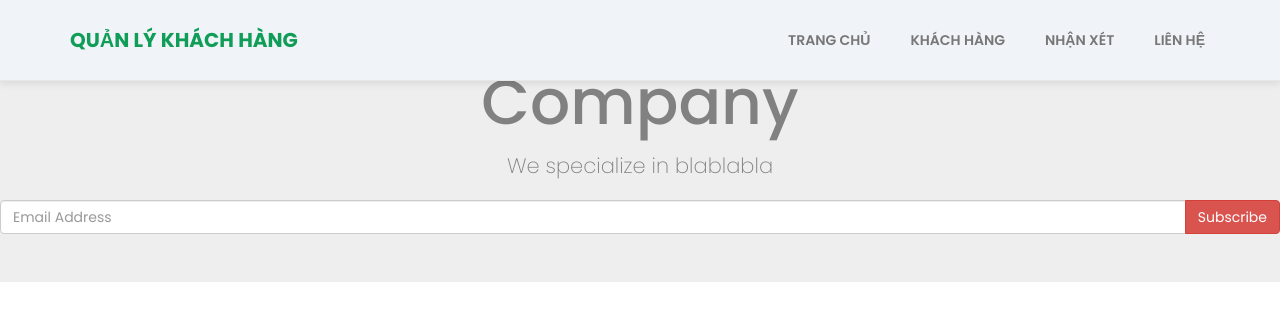
Repository: huutien1904/bt2-ltw
Page: index.html
An editor plug-in stored every save of this project. The page is shown before and after the next save, followed by the edit.
The browser window is 1280 px wide. The pictures show the whole page.

Above is the page before, as saved 2021-11-03 21:42:19.

After the next save:
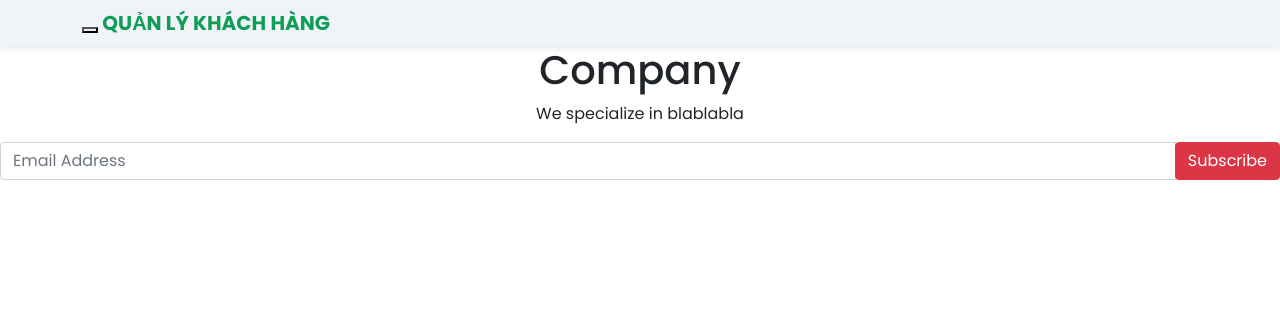
Saved 2 min 57 s later.
--- a/index.html
+++ b/index.html
@@ -5,18 +5,19 @@
     <meta http-equiv="X-UA-Compatible" content="IE=edge">
     <meta name="viewport" content="width=device-width, initial-scale=1.0">
     <title>Quản Lý Khách Hàng</title>
-    <link rel="stylesheet" href="https://maxcdn.bootstrapcdn.com/bootstrap/3.4.1/css/bootstrap.min.css">
-    <link href="https://fonts.googleapis.com/css?family=Montserrat" rel="stylesheet" type="text/css">
-    <link href="https://fonts.googleapis.com/css?family=Lato" rel="stylesheet" type="text/css">
+
     <!-- style -->
     <link rel="stylesheet" href="./style.css">
     <!-- font Poppins -->
     <link rel="preconnect" href="https://fonts.googleapis.com">
     <link rel="preconnect" href="https://fonts.gstatic.com" crossorigin>
     <link href="https://fonts.googleapis.com/css2?family=Poppins:wght@100;200;300;400;500;600;700;800;900&display=swap" rel="stylesheet">
-    <!-- javacript boostrap -->
-    <script src="https://ajax.googleapis.com/ajax/libs/jquery/3.5.1/jquery.min.js"></script>
-    <script src="https://maxcdn.bootstrapcdn.com/bootstrap/3.4.1/js/bootstrap.min.js"></script>
+
+    <!-- Latest compiled and minified CSS -->
+    <link href="https://cdn.jsdelivr.net/npm/bootstrap@5.1.2/dist/css/bootstrap.min.css" rel="stylesheet">
+
+    <!-- Latest compiled JavaScript -->
+    <script src="https://cdn.jsdelivr.net/npm/bootstrap@5.1.2/dist/js/bootstrap.bundle.min.js"></script>
 </head>
 <body>
   <!-- navbar -->

After the save that followed:
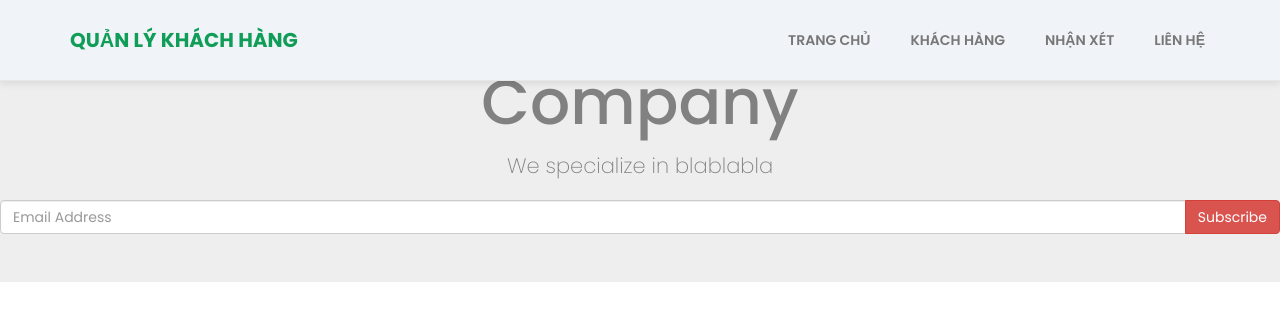
Saved 5 min 34 s later.
--- a/index.html
+++ b/index.html
@@ -5,19 +5,18 @@
     <meta http-equiv="X-UA-Compatible" content="IE=edge">
     <meta name="viewport" content="width=device-width, initial-scale=1.0">
     <title>Quản Lý Khách Hàng</title>
-
+    <link rel="stylesheet" href="https://maxcdn.bootstrapcdn.com/bootstrap/3.4.1/css/bootstrap.min.css">
+    <link href="https://fonts.googleapis.com/css?family=Montserrat" rel="stylesheet" type="text/css">
+    <link href="https://fonts.googleapis.com/css?family=Lato" rel="stylesheet" type="text/css">
     <!-- style -->
     <link rel="stylesheet" href="./style.css">
     <!-- font Poppins -->
     <link rel="preconnect" href="https://fonts.googleapis.com">
     <link rel="preconnect" href="https://fonts.gstatic.com" crossorigin>
     <link href="https://fonts.googleapis.com/css2?family=Poppins:wght@100;200;300;400;500;600;700;800;900&display=swap" rel="stylesheet">
-
-    <!-- Latest compiled and minified CSS -->
-    <link href="https://cdn.jsdelivr.net/npm/bootstrap@5.1.2/dist/css/bootstrap.min.css" rel="stylesheet">
-
-    <!-- Latest compiled JavaScript -->
-    <script src="https://cdn.jsdelivr.net/npm/bootstrap@5.1.2/dist/js/bootstrap.bundle.min.js"></script>
+    <!-- javacript boostrap -->
+    <script src="https://ajax.googleapis.com/ajax/libs/jquery/3.5.1/jquery.min.js"></script>
+    <script src="https://maxcdn.bootstrapcdn.com/bootstrap/3.4.1/js/bootstrap.min.js"></script>
 </head>
 <body>
   <!-- navbar -->
